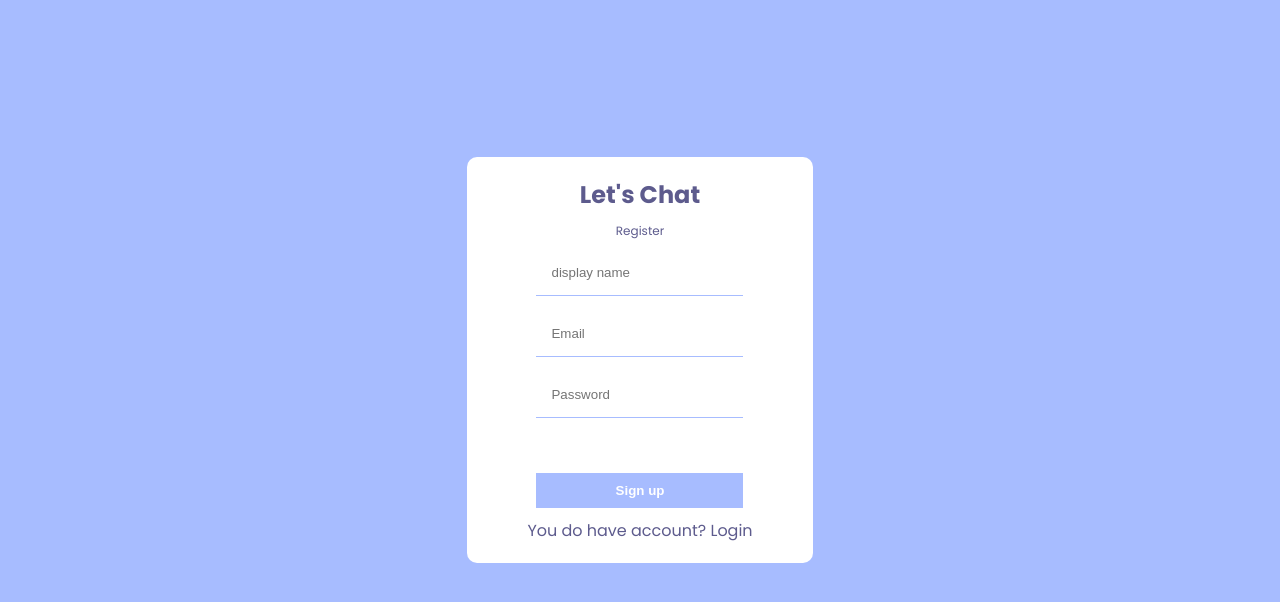
Repository: shikubro90/chatapp
Page: /
An editor plug-in stored every save of this project. The page is shown before and after a run of saves, followed by the edit.
The browser window is 1280 px wide. The pictures show the whole page.
The project was rebuilt for these pictures with package versions that can differ from the ones it lists, and the page was loaded fresh each time.

Above is the page before, as saved 2022-09-08 16:01:43.

After the next 5 saves:
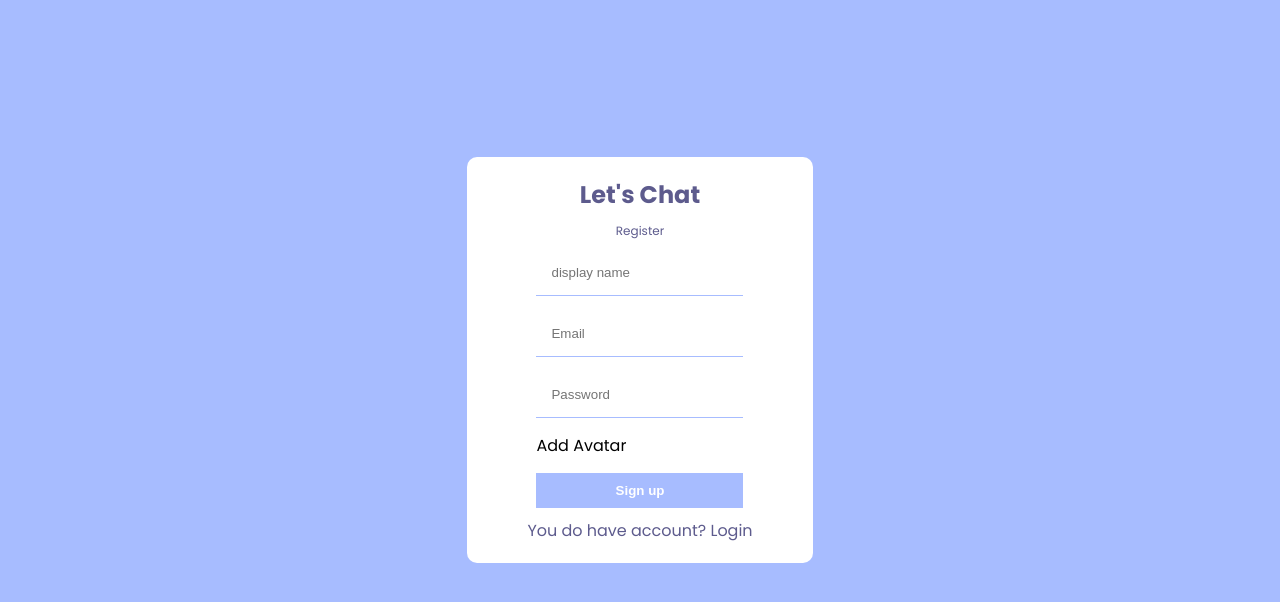
The 5 saves are shown as one change because they came seconds apart.
The last was saved 12 s later.
--- a/src/pages/Register.jsx
+++ b/src/pages/Register.jsx
@@ -15,7 +15,7 @@ const Register = () => {
                 <input type="file" style={{display:"none"}} id="file" />
                 <label htmlFor="file">
                   <img src="" alt="" />
-
+                  <span>Add Avatar</span>
                 </label>
                 <button>Sign up</button>
             </form>
